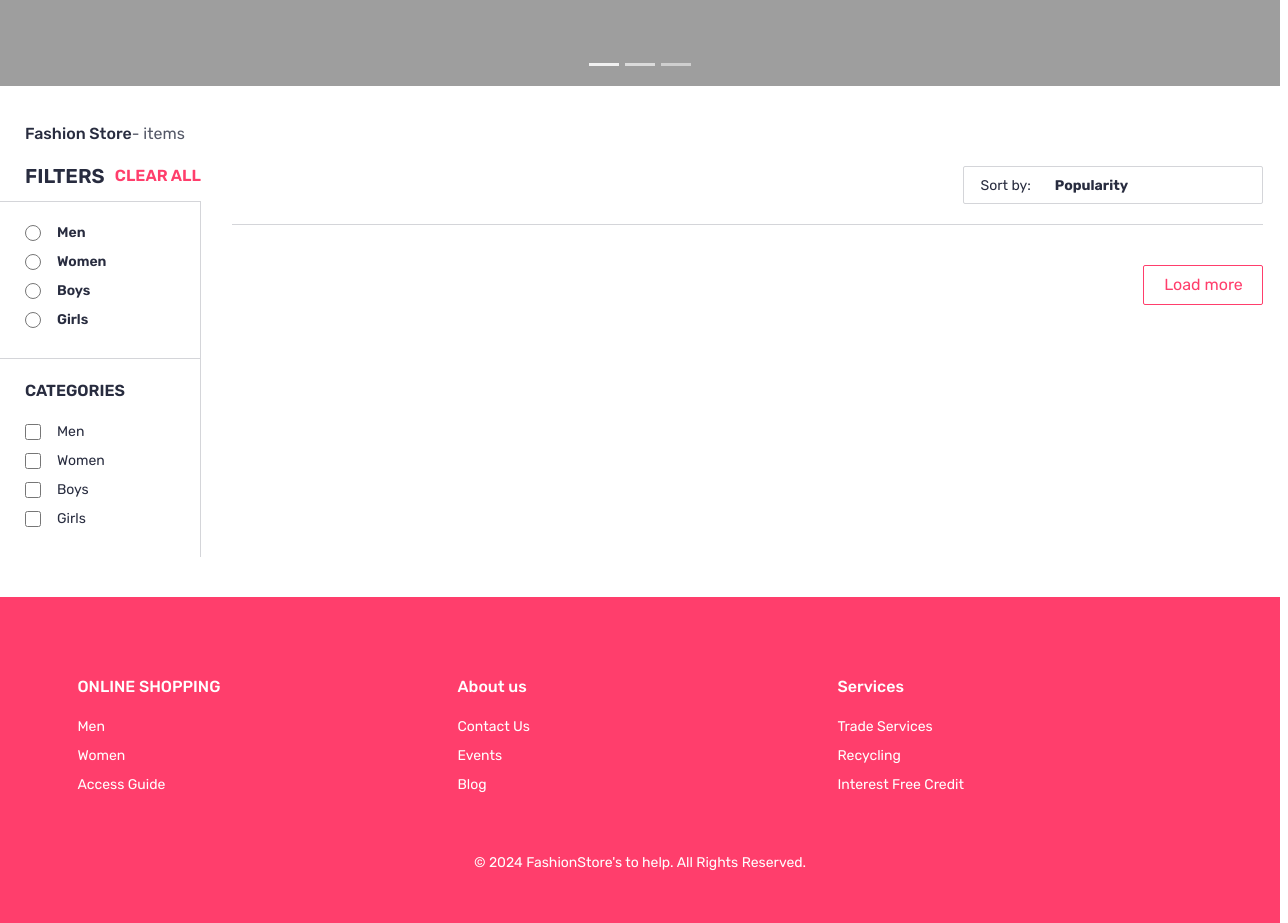
Repository: litaiqiang1407/Khanh-FashionStore
Page: /
An editor plug-in stored every save of this project. The page is shown before and after the next save, followed by the edit.
The browser window is 1280 px wide. The page is 1288 px wide, so the pictures cover 1288 px, including what lies to the right of the window. The pictures show the part of the page from y = 994 to 1946 px (the page is 1917 px tall before and 1946 px after).
Pictures or frames that could not be fetched are drawn as grey boxes. The page's requests for data from a server got no answer. The project was rebuilt for these pictures with package versions that can differ from the ones it lists, and the page was loaded fresh each time. No one was signed in, and anything a server would have sent is missing.

Above is the page before, as saved 2024-04-14 10:52:10.

### public/index.html
<!DOCTYPE html>
<html lang="en">
  <head>
    <meta charset="utf-8" />
    <link
      rel="icon"
      href="https://cdn.dribbble.com/userupload/7899795/file/original-7c498c1b6e9bb43ac93fe5918fafdf99.jpg?resize=1200x1200"
    />
    <meta name="viewport" content="width=device-width, initial-scale=1" />
    <title>Fashion Store</title>
    <link
      href="https://cdn.jsdelivr.net/npm/bootstrap@5.3.3/dist/css/bootstrap.min.css"
      rel="stylesheet"
      integrity="sha384-QWTKZyjpPEjISv5WaRU9OFeRpok6YctnYmDr5pNlyT2bRjXh0JMhjY6hW+ALEwIH"
      crossorigin="anonymous"
    />
  </head>
  <body>
    <div id="root"></div>
    <script
      src="https://cdn.jsdelivr.net/npm/bootstrap@5.3.3/dist/js/bootstrap.bundle.min.js"
      integrity="sha384-YvpcrYf0tY3lHB60NNkmXc5s9fDVZLESaAA55NDzOxhy9GkcIdslK1eN7N6jIeHz"
      crossorigin="anonymous"
    ></script>
  </body>
</html>

### src/index.js
import React from "react";
import ReactDOM from "react-dom/client";

import App from "./App";
import reportWebVitals from "./reportWebVitals";
import { GlobalStyles } from "./components";

const root = ReactDOM.createRoot(document.getElementById("root"));
root.render(
  <React.StrictMode>
    <GlobalStyles>
      {" "}
      <App />
    </GlobalStyles>
  </React.StrictMode>
);

// If you want to start measuring performance in your app, pass a function
// to log results (for example: reportWebVitals(console.log))
// or send to an analytics endpoint. Learn more: https://bit.ly/CRA-vitals
reportWebVitals();

### src/App.js
import { BrowserRouter as Router, Routes, Route } from "react-router-dom";
import { publicRoutes } from "./routes";
import { Fragment } from "react";

function App() {
  return (
    <Router>
      <div className="App">
        <Routes>
          {publicRoutes.map((route, index) => {
            let Layout = route.layout;
            let MiniLayout = route.miniLayout;

            if (!route.layout) {
              Layout = Fragment;
            }

            if (!route.miniLayout) {
              MiniLayout = Fragment;
            }

            const Page = route.component;
            return (
              <Route
                key={index}
                path={route.path}
                element={
                  <Layout>
                    <MiniLayout>
                      <Page />
                    </MiniLayout>
                  </Layout>
                }
              />
            );
          })}
        </Routes>
      </div>
    </Router>
  );
}

export default App;

### src/components/index.js
export { default as GlobalStyles } from "./GlobalStyles";

### src/routes/index.js
import { UserLayout } from "~/components/Layout";
import { Home } from "~/pages";

const publicRoutes = [
  {
    path: "/",
    component: Home,
    layout: UserLayout,
  },
];

const privateRoutes = [];

export { publicRoutes, privateRoutes };

### src/components/Layout/index.js
export { default as UserLayout } from "./UserLayout";

### src/components/GlobalStyles/GlobalStyles.scss
@import "normalize.css";
@import url("https://fonts.googleapis.com/css2?family=Rubik:ital,wght@0,300..900;1,300..900&display=swap");

:root {
  --black: #000;
  --white: #fff;
  --gray: #f5f5f6;
  --primary-color: #ff3e6c;
  --primary-text-color: #282c3f;
  --secondary-text-color: #535766;
  --primary-border-color: #d4d5d9;
  --price: #ff3e6c;
}

* {
  box-sizing: border-box;
}

html {
  font-size: 62.5%;
}

body {
  font-family: "Rubik", sans-serif;
  font-size: 1.6rem;
  line-height: 1.5;
  text-rendering: optimizeSpeed;
}

body::-webkit-scrollbar {
  display: none;
}

button,
input,
[tabindex] {
  border: none;
  outline: none;
  &:focus {
    outline: none;
  }
}

a[href] {
  text-decoration: none;
  color: var(--text-black-color);
}

ul {
  list-style-type: none;
  padding: 0;
  margin: 0;
}

### src/components/Layout/UserLayout/index.js
import { Footer, Header } from "../Components";

function UserLayout({ children }) {
  return (
    <div>
      <Header />
      {children}
      <Footer />
    </div>
  );
}

export default UserLayout;

### src/pages/Home/index.js
import Banner from "./Banner";
import Products from "./Products";

function Home() {
  return (
    <div>
      <Banner />
      <Products />
    </div>
  );
}

export default Home;

### src/pages/Home/Banner/index.js
import { Carousel, Container, Image } from "react-bootstrap";

import classNames from "classnames/bind";
import styles from "./Banner.module.scss";

const cx = classNames.bind(styles);

function Banner() {
  return (
    // <div className={cx("banner")}>
    //   <Image
    //     className={cx("banner-img")}
    //     src="https://assets.myntassets.com/f_webp,w_980,c_limit,fl_progressive,dpr_2.0/assets/images/2022/7/25/9be788ff-39a4-4214-99d0-fc97505aae5a1658752545685-USPA_Desk_Banner.jpg"
    //   />
    // </div>
    <Carousel className={cx("banner")}>
      <Carousel.Item interval={1000}>
        <Image
          className={cx("banner-img")}
          src="https://assets.myntassets.com/f_webp,w_980,c_limit,fl_progressive,dpr_2.0/assets/images/2022/7/25/9be788ff-39a4-4214-99d0-fc97505aae5a1658752545685-USPA_Desk_Banner.jpg"
        />
      </Carousel.Item>
      <Carousel.Item interval={1000}>
        <Image
          className={cx("banner-img")}
          src="https://assets.myntassets.com/f_webp,w_980,c_limit,fl_progressive,dpr_2.0/assets/images/2022/7/25/b656a7f4-4688-4997-bb7c-54b78793981e1658752386588-Western-Wear_Desk.jpg"
        />
      </Carousel.Item>
      <Carousel.Item interval={1000}>
        <Image
          className={cx("banner-img")}
          src="https://assets.myntassets.com/f_webp,w_980,c_limit,fl_progressive,dpr_2.0/assets/images/2022/5/31/4031994d-9092-4aa7-aea1-f52f2ae5194f1654006594976-Activewear_DK.jpg"
        />
      </Carousel.Item>
    </Carousel>
  );
}

export default Banner;

### src/components/Layout/Components/Header/index.js
import classNames from "classnames/bind";
import styles from "./Header.module.scss";
import { Col, Container, Navbar, Row, Nav } from "react-bootstrap";
import { Link } from "react-router-dom";
import { FontAwesomeIcon } from "@fortawesome/react-fontawesome";
import {
  faBagShopping,
  faHeart,
  faMagnifyingGlass,
  faUser,
} from "@fortawesome/free-solid-svg-icons";

const cx = classNames.bind(styles);

function Header() {
  return (
    <header className={cx("header")}>
      <Container className={cx("header-container")}>
        <Row className={cx("header-row")}>
          <Col lg={6} className={cx("header-col")}>
            <Navbar style={{ padding: 0 }}>
              <Navbar.Brand href="/" className={cx("header-logo")}>
                <img
                  src="https://cdn.dribbble.com/userupload/7899795/file/original-7c498c1b6e9bb43ac93fe5918fafdf99.jpg?resize=1200x1200"
                  alt="Logo"
                  className={cx("logo")}
                />
              </Navbar.Brand>
              <Navbar expand="lg" className={cx("navbar-header")}>
                <Nav className="mx-auto" style={{ height: "80px" }}>
                  <Link className={cx("nav-link")} to="/furniture">
                    MEN
                  </Link>
                  <Link className={cx("nav-link")} to="/lighting">
                    WOMEN
                  </Link>
                  <Link className={cx("nav-link")} to="/home-decor">
                    KIDS
                  </Link>
                  <Link className={cx("nav-link")} to="/outdoor-items">
                    HOME & LIVING
                  </Link>
                  <Link className={cx("nav-link")} to="/bathroom-items">
                    BEAUTY
                  </Link>
                </Nav>
              </Navbar>
            </Navbar>
          </Col>
          <Col lg={6} className={cx("header-col")}>
            <Row className={cx("header-options")}>
              <Col lg={8}>
                <div className={cx("header-search")}>
                  <FontAwesomeIcon
                    icon={faMagnifyingGlass}
                    className={cx("search-icon")}
                  />
                  <input
                    type="text"
                    placeholder="Search for products, brands, and more..."
                    className={cx("search-input")}
                  />
                </div>
              </Col>
              <Col lg={4} className={cx("header-actions")}>
                <Link to="/login">
                  <FontAwesomeIcon
                    className={cx("action-icon")}
                    icon={faUser}
                  />
                </Link>
                <Link to="/wishlist">
                  <FontAwesomeIcon
                    className={cx("action-icon")}
                    icon={faHeart}
                  />
                </Link>
                <Link to="/cart">
                  <FontAwesomeIcon
                    className={cx("action-icon")}
                    icon={faBagShopping}
                  />
                </Link>
              </Col>
            </Row>
          </Col>
        </Row>
      </Container>
    </header>
  );
}

export default Header;

### src/components/Layout/Components/Footer/index.js
import { Container, Row, Col } from "react-bootstrap";

import classNames from "classnames/bind";
import styles from "./Footer.module.scss";
const cx = classNames.bind(styles);
function Footer() {
  return (
    <footer className={cx("footer")}>
      <Container className={cx("footer-container")}>
        <Row>
          <Col lg={4}>
            <h3 className={cx("footer-title")}>ONLINE SHOPPING</h3>
            <ul className={cx("footer-list")}>
              <li className={cx("footer-item")}>
                <a href="/" className={cx("footer-link")}>
                  Men
                </a>
              </li>
              <li className={cx("footer-item")}>
                <a href="/" className={cx("footer-link")}>
                  Women
                </a>
              </li>
              <li className={cx("footer-item")}>
                <a href="/" className={cx("footer-link")}>
                  Access Guide
                </a>
              </li>
            </ul>
          </Col>
          <Col lg={4}>
            <h3 className={cx("footer-title")}>About us</h3>
            <ul className={cx("footer-list")}>
              <li className={cx("footer-item")}>
                <a href="/contact" className={cx("footer-link")}>
                  Contact Us
                </a>
              </li>
              <li className={cx("footer-item")}>
                <a href="/" className={cx("footer-link")}>
                  Events
                </a>
              </li>
              <li className={cx("footer-item")}>
                <a href="/" className={cx("footer-link")}>
                  Blog
                </a>
              </li>
            </ul>
          </Col>
          <Col lg={4}>
            <h3 className={cx("footer-title")}>Services</h3>
            <ul className={cx("footer-list")}>
              <li className={cx("footer-item")}>
                <a href="/" className={cx("footer-link")}>
                  Trade Services
                </a>
              </li>
              <li className={cx("footer-item")}>
                <a href="/" className={cx("footer-link")}>
                  Recycling
                </a>
              </li>
              <li className={cx("footer-item")}>
                <a href="/" className={cx("footer-link")}>
                  Interest Free Credit
                </a>
              </li>
            </ul>
          </Col>
        </Row>

        <div className={cx("footer-bottom")}>
          &copy; 2024 FashionStore's to help. All Rights Reserved.
        </div>
      </Container>
    </footer>
  );
}

export default Footer;

### src/pages/Home/Banner/Banner.module.scss
@import "~bootstrap/scss/bootstrap";

.banner {
  padding: 0;
  .banner-img {
    width: 100%;
  }
}

### src/functions/interactData.js
import axios from "axios"; // Import the axios library to make requests

// Function to interact with the API
const interactData = (url, method, data, setData) => {
  axios({
    method: method, // GET, POST, PUT, DELETE
    url: url, // API endpoint
    data: new URLSearchParams(data), // Data to send in the body of the request
    headers: { "Content-Type": "application/x-www-form-urlencoded" }, // Headers
  })
    .then((response) => {
      console.log("Sending request with data:", data);
      setData(response.data); // Set the data from the response
    })
    .catch((error) => {
      console.error("Error fetching data: ", error);
    });
};

export { interactData };

### src/pages/Home/Products/Products.module.scss
@import "~bootstrap/scss/bootstrap";

.products {
  margin-top: 40px;

  .header {
    display: flex;
    margin-left: 25px;

    .header-title {
      font-size: 1.6rem;
      color: var(--primary-text-color);
      margin: 0;
      line-height: 16px;
    }

    .header-count {
      font-size: 1.6rem;
      color: var(--secondary-text-color);
      line-height: 16px;
    }
  }

  .body {
    margin-top: 24px;
    .filter-header {
      margin: 0 0 15px 25px;
      height: 20px;
      display: flex;
      justify-content: space-between;
      align-items: center;

      .filter-header__title {
        font-size: 2rem;
        color: var(--primary-text-color);
        font-weight: 600;
      }
      .filter-header__clear {
        font-size: 1.6rem;
        color: var(--primary-color);
        font-weight: 600;
      }
    }

    .filter-gender {
      padding: 20px 0 20px 25px;
      border-top: 1px solid var(--primary-border-color);
      border-right: 1px solid var(--primary-border-color);

      .gender-list {
        padding: 0;
        margin: 0;

        .gender-item {
          margin-bottom: 8px;
          .item-label {
            display: flex;
            align-items: center;
            .item-input {
              width: 16px;
              height: 16px;
            }

            .item-value {
              margin-left: 16px;
              font-size: 1.4rem;
              color: var(--primary-text-color);
              font-weight: 600;
            }
          }
        }
      }
    }

    .filter-category {
      padding: 20px 0 20px 25px;
      border-top: 1px solid var(--primary-border-color);
      border-right: 1px solid var(--primary-border-color);

      .category-title {
        display: block;
        margin: 0 0 18px;
        font-size: 1.6rem;
        color: var(--primary-text-color);
        font-weight: 600;
      }
      .category-list {
        padding: 0;
        margin: 0;

        .category-item {
          margin-bottom: 8px;
          .item-label {
            display: flex;
            align-items: center;
            .item-input {
              width: 16px;
              height: 16px;
            }

            .item-value {
              margin-left: 16px;
              font-size: 1.4rem;
              color: var(--primary-text-color);
            }
          }
        }
      }
    }

    .product {
      padding: 0 24px;
      .product-header {
        display: flex;
        justify-content: flex-end;
        align-items: center;
        padding-bottom: 20px;
        border-bottom: 1px solid var(--primary-border-color);

        .sort-by {
          display: flex;
          align-items: center;
          width: 300px;
          height: 38px;
          border: 1px solid var(--primary-border-color);
          border-radius: 2px;
          padding-left: 16px;

          .sort-by__title {
            color: var(--primary-text-color);
            margin-right: 24px;
            font-size: 1.4rem;
          }

          .sort-by__value {
            color: var(--primary-text-color);
            font-size: 1.4rem;
            font-weight: 700;
          }
        }
      }

      .product-body {
        margin-top: 20px;
        .product-list {
          margin: 0;
          padding: 0;
          display: flex;
          flex-wrap: wrap;
          justify-content: space-between;
          .product-item {
            margin-bottom: 16px;
            transition: all 0.3s ease;
            overflow: hidden;

            &:hover {
              transform: scale(1.05);
              border: 1px solid var(--primary-color);
            }
            .item-link {
              transition: transform 0.2s;

              &:hover {
                transform: scale(1.1);
              }
              .product-img {
                width: 210px;
                height: 280px;
              }

              .product-info {
                margin-top: 12px;
                padding: 0 10px;

                .product-brand {
                  color: var(--primary-text-color);
                  font-size: 1.6rem;
                  font-weight: 600;
                }
                .product-name {
                  color: var(--primary-text-color);
                  font-size: 1.4rem;
                }
                .product-price {
                  color: var(--price);
                  font-size: 1.6rem;
                  font-weight: 600;
                }
              }
            }
          }
        }
      }
    }
  }
}

.product-footer {
  margin-top: 20px;
  display: flex;
  justify-content: flex-end;

  .load-more {
    height: 40px;
    width: 120px;
    border: 1px solid var(--primary-color);
    border-radius: 2px;
    color: var(--primary-color);
    font-size: 1.6rem;
    background-color: var(--white);

    &:hover {
      background-color: var(--primary-color);
      color: var(--white);
    }
  }
}

### src/components/Layout/Components/Header/Header.module.scss
@import "~bootstrap/scss/bootstrap";

.header {
  height: 80px;
  position: sticky;
  top: 0;
  z-index: 1000;
  background-color: var(--white);
  box-shadow: 0 2px 4px rgba(0, 0, 0, 0.1);
  margin-bottom: 40px;

  .header-container {
    padding: 0;

    .header-row {
      padding: 0;

      .header-col {
        padding: 0;

        .header-logo {
          padding: 0;

          .logo {
            height: 80px;
            width: 80px;
          }
        }

        .navbar-header {
          height: 80px;
          .nav-link {
            height: 100%;
            padding: 0 16px;
            font-size: 1.4rem;
            font-weight: 600;
            line-height: 80px;
            color: var(--primary-text-color);

            &:hover {
              color: var(--primary-color);
              border-bottom: 3px solid var(--primary-color);
            }
          }
        }
      }

      .header-options {
        padding: 20px 0;
        height: 80px;

        .header-search {
          height: 40px;
          padding: 12px 10px;
          display: flex;
          align-items: center;
          background-color: var(--gray);
          border: 1px solid transparent;
          border-radius: 4px;

          &:focus-within {
            background-color: var(--white);
            border: 1px solid var(--primary-color);
          }

          .search-icon {
            font-size: 1.6rem;
            color: var(--secondary-text-color);
            margin-right: 12px;
          }

          .search-input {
            width: 90%;
            font-size: 1.6rem;
            color: var(--secondary-text-color);
            background-color: var(--gray);

            &:focus {
              background-color: var(--white);
            }
          }
        }

        .header-actions {
          display: flex;
          justify-content: flex-end;
          align-items: center;

          .action-icon {
            margin-left: 32px;
            font-size: 2rem;

            &:hover {
              color: var(--primary-color);
            }
          }
        }
      }
    }
  }
}

### src/components/Layout/Components/Footer/Footer.module.scss
@import "~bootstrap/scss/bootstrap";

.footer {
  margin-top: 40px;
  background-color: var(--primary-color);
  padding: 40px 0;

  .footer-container {
    margin-top: 40px;

    .footer-title {
      color: var(--white);
      font-size: 1.6rem;
      margin-bottom: 20px;
    }

    .footer-list {
      padding: 0;
      font-size: 1.4rem;
      color: var(--white);
    }

    .footer-item {
      margin-bottom: 8px;
    }
  }
}

.footer-bottom {
  height: 40px;
  padding: 0;
  font-size: 1.4rem;
  margin-top: 40px;
  color: var(--white);
  background-color: var(--primary-color);
  text-align: center;
  line-height: 40px;
}

Loaded but not shown: src/reportWebVitals.js (common file); src/components/GlobalStyles/index.js (common file); src/pages/index.js (common file); src/components/Layout/Components/index.js (common file); src/pages/Home/Products/index.js (171 lines, source omitted)

After the next save:
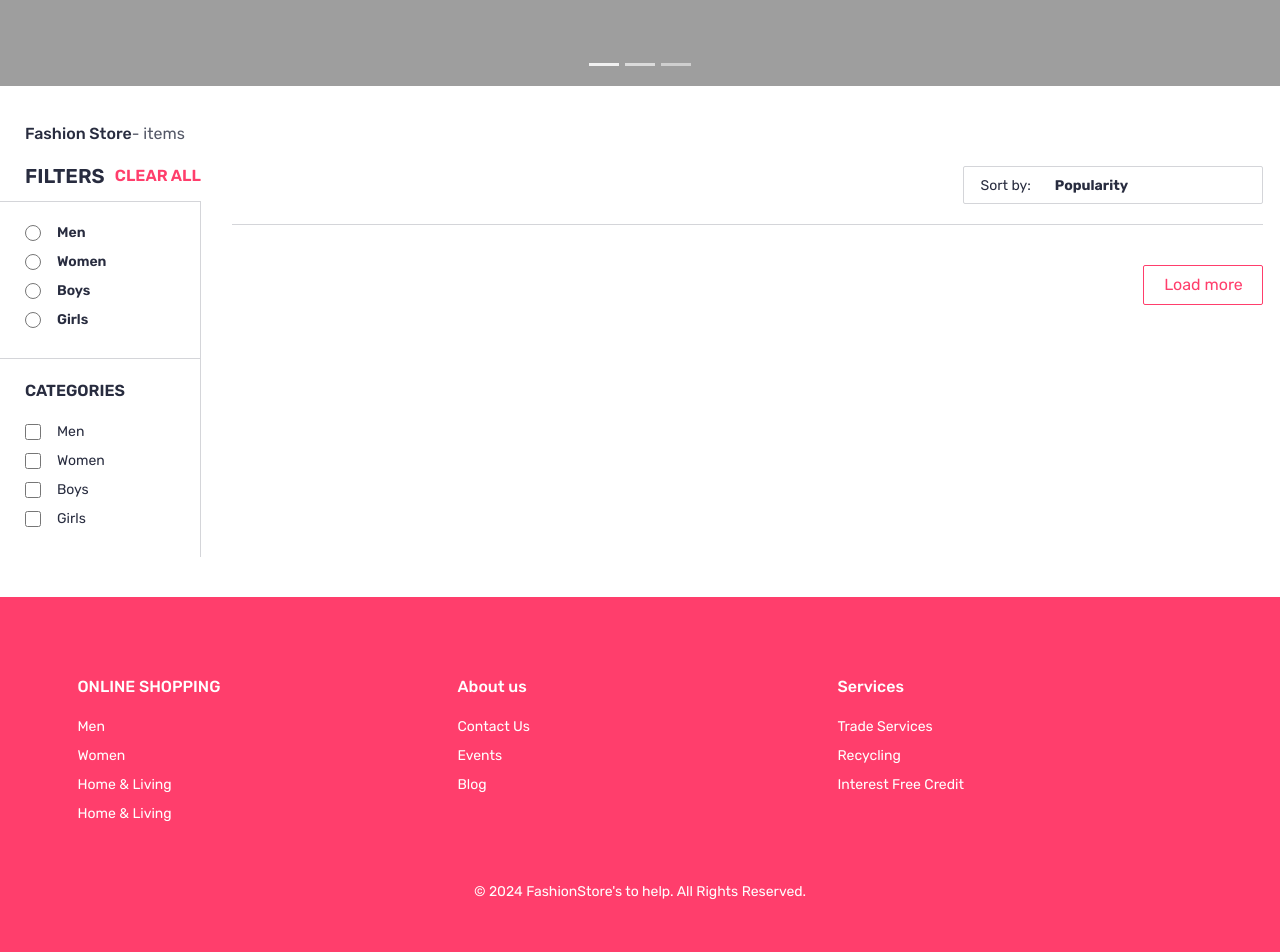
Saved 12 s later.
--- a/src/components/Layout/Components/Footer/index.js
+++ b/src/components/Layout/Components/Footer/index.js
@@ -23,7 +23,12 @@ function Footer() {
               </li>
               <li className={cx("footer-item")}>
                 <a href="/" className={cx("footer-link")}>
-                  Access Guide
+                  Home & Living
+                </a>
+              </li>
+              <li className={cx("footer-item")}>
+                <a href="/" className={cx("footer-link")}>
+                  Home & Living
                 </a>
               </li>
             </ul>
